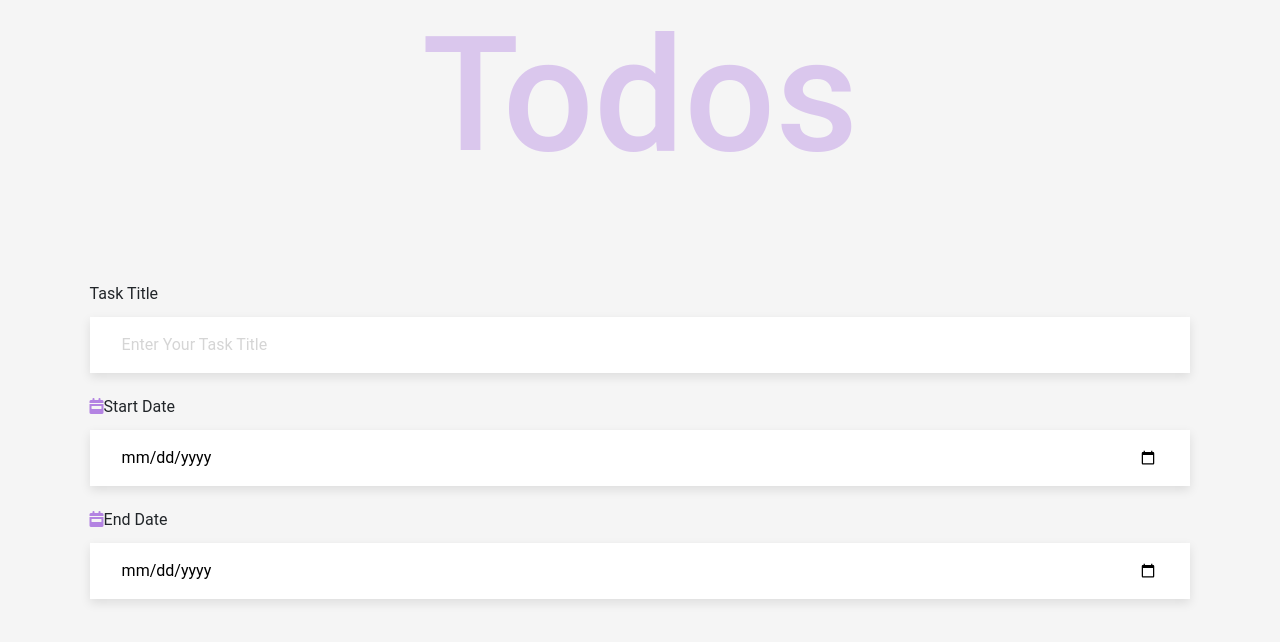
Repository: Surahailat/TypeScript
Page: Mini project 10-3/Project-TS.html
The author's editor kept a copy of each file at every save. The page is drawn from the files as they stood at one save, then again after a run of saves.
The browser window is 1280 px wide. The pictures show the whole page.

Above is the page before, as saved 2025-03-10 13:35:29.

After the next 4 saves:
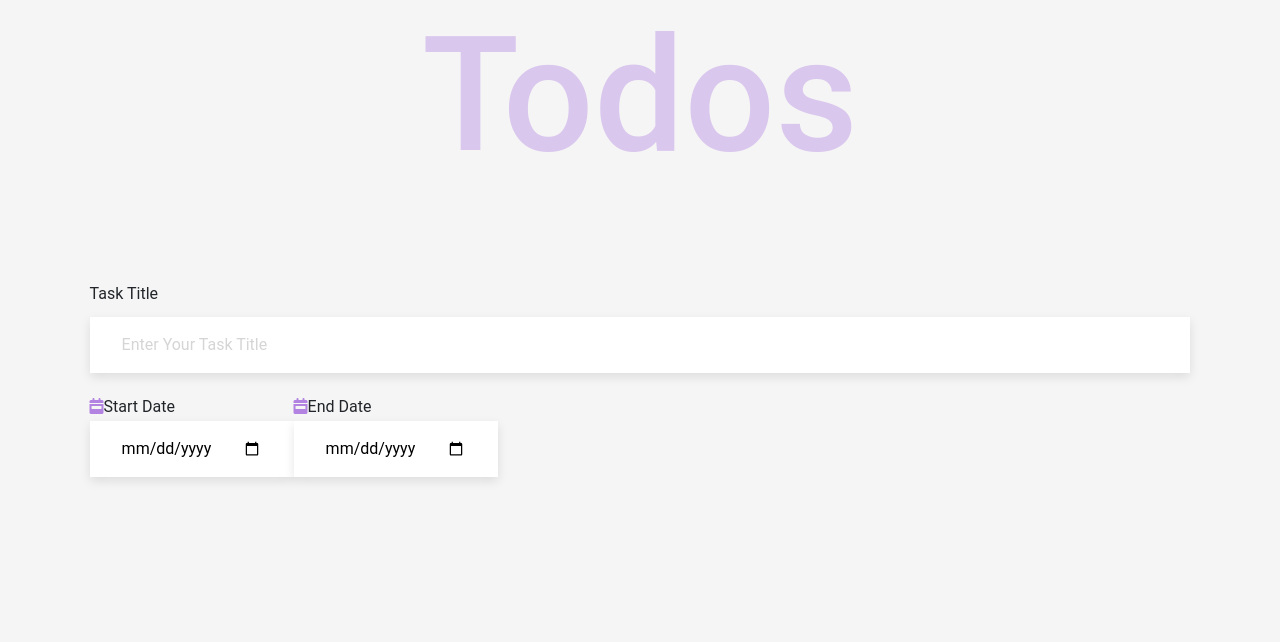
The 4 saves are shown as one change because they came seconds apart.
The last was saved 13 s later.
--- a/Mini project 10-3/Project-TS.html
+++ b/Mini project 10-3/Project-TS.html
@@ -49,6 +49,7 @@
 
         .date {
             display: flex;
+            flex-direction: row;
         }
     </style>
 </head>
@@ -58,7 +59,7 @@
     <div class="form">
         <Label>Task Title</Label>
         <input type="text" class="input" placeholder="Enter Your Task Title " autocomplete="off" id="input">
-        <div>
+        <div class="date">
             <div class="form-group">
                 <Label><i class="fa-solid fa-calendar-week" style="color: #b383e2;"></i>Start Date</Label>
                 <input type="date" class="input" autocomplete="off" id="input">
